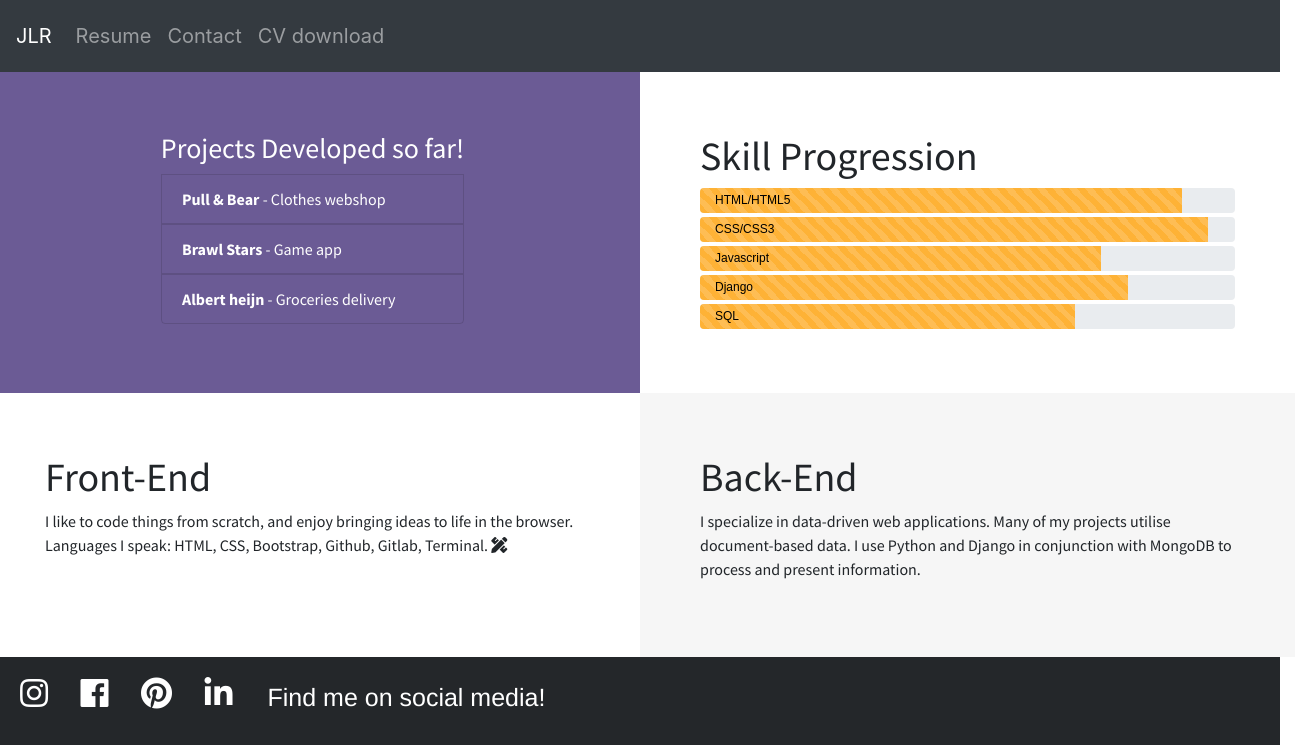
Repository: Kawaiisaki/Portfolio-site
Page: resume.html
The author's editor kept a record of every edit. The page is drawn from the files as they stood at one moment, then again after the next edit.
The browser window is 1280 px wide. The page is 1295 px wide, so the pictures cover 1295 px, including what lies to the right of the window. The pictures show the whole page.
Some web libraries are served in a nearby version.

Above is the page before.

### resume.html
<!DOCTYPE html>
<html lang="en">

<head>
    <meta charset="UTF-8">
    <meta name="viewport" content="width=device-width, initial-scale=1.0">
    <meta http-equiv="X-UA-Compatible" content="ie=edge">
    <link rel="stylesheet" href="https://maxcdn.bootstrapcdn.com/bootstrap/4.2.1/css/bootstrap.min.css" type="text/css" />
    <link rel="stylesheet" href="https://use.fontawesome.com/releases/v5.0.10/css/all.css" integrity="sha384-+d0P83n9kaQMCwj8F4RJB66tzIwOKmrdb46+porD/OvrJ+37WqIM7UoBtwHO6Nlg" crossorigin="anonymous">
    <link rel="stylesheet" href="https://cdnjs.cloudflare.com/ajax/libs/hover.css/2.3.1/css/hover-min.css" type="text/css" />
    <link rel="stylesheet" href="assets/css/style.css" type="text/css" />
    <title>Resume</title>
</head>

<body>
    <header>

        <nav class="navbar sticky-top navbar-expand-lg navbar-dark bg-dark">
            <a class="navbar-brand" href="index.html">JLR</a>
            <button class="navbar-toggler" type="button" data-toggle="collapse" data-target="#navbarSupportedContent" aria-controls="navbarSupportedContent" aria-expanded="false" aria-label="Toggle navigation">
    <span class="navbar-toggler-icon"></span>
  </button>

            <div class="collapse navbar-collapse" id="navbarSupportedContent">
                <ul class="navbar-nav navbar-brand mr-auto">
                    <li class="nav-item">
                        <a class="nav-link" href="resume.html">Resume</a>
                    </li>
                    <li class="nav-item">
                        <a class="nav-link" href="contact.html">Contact</a>
                    </li>
                    <li class="nav-item">
                        <a class="nav-link" href="#">CV download</a>
                    </li>
                </ul>
            </div>
        </nav>
    </header>
    <section>
        <div class="container-fluid">
            <div class="row">
                <div class="col projects">
                    <h3 class="text-center">Projects Developed so far!</h3>
                    <div class="container project-list">
                        <a class="list-group list-group-flush">
                            <a href="https://www.pullandbear.com/" target="_blank" class="list-group-item project-item"><strong>Pull & Bear</strong> - Clothes webshop</a>
                        <a href="https://play.google.com/store/apps/details?id=com.supercell.brawlstars&gl=NL" target="_blank" class="list-group-item project-item"><strong>Brawl Stars</strong> - Game app</a>
                        <a href="https://www.ah.nl/?gclid=CjwKCAiAqqTuBRBAEiwA7B66hWiQgrnYQJU3PeLNCPiqaegNcN4MoA1vTRGlp7dA6K88ZnaGVRotXBoCbbMQAvD_BwE&gclsrc=aw.ds" target="_blank" class="list-group-item project-item"><strong>Albert heijn</strong> - Groceries delivery</a>
                        </ul>
                    </div>
                </div>
                <div class="col bar-skills">
                    <h1 class="skill-progression">Skill Progression</h1>
                    <div class="progress">
                        <div class="progress-bar progress-bar-striped" role="progressbar" style="width: 90%" aria-valuenow="90" aria-valuemin="0" aria-valuemax="100"></div>
                        <span class="progres-skill">HTML/HTML5</span>
                    </div>
                    <div class="progress">
                        <div class="progress-bar progress-bar-striped" role="progressbar" style="width: 95%" aria-valuenow="95" aria-valuemin="0" aria-valuemax="100"></div>
                        <span class="progres-skill">CSS/CSS3</span>
                    </div>
                    <div class="progress">
                        <div class="progress-bar progress-bar-striped" role="progressbar" style="width: 75%" aria-valuenow="75" aria-valuemin="0" aria-valuemax="100"></div>

                        <span class="progres-skill">Javascript</span></div>
                    <div class="progress">
                        <div class="progress-bar progress-bar-striped" role="progressbar" style="width: 80%" aria-valuenow="80" aria-valuemin="0" aria-valuemax="100"></div>
                        <span class="progres-skill">Django</span>
                    </div>
                    <div class="progress">
                        <div class="progress-bar progress-bar-striped" role="progressbar" style="width: 70%" aria-valuenow="70" aria-valuemin="0" aria-valuemax="100"></div>
                        <span class="progres-skill">SQL</span>
                    </div>
                </div>
            </div>
        </div>
    </section>
    <section>
        <div class="container-fluid">
            <div class="row">
                <div class="col front-end">
                    <h1>Front-End</h1>
                    <p>I like to code things from scratch, and enjoy bringing ideas to life in the browser. Languages I speak: HTML, CSS, Bootstrap, Github, Gitlab, Terminal.
                    <i class="fas fa-pencil-ruler"></i></p>

                </div>
                <div class="col back-end">
                    <h1>Back-End</h1>
                    <p>I specialize in data-driven web applications. Many of my projects utilise document-based data. I use Python and Django in conjunction with MongoDB to process and present information.</p>
                </div>
            </div>
    </section>
    <footer>
        <div class="container-fluid social-icons">
            <div class="row no-gutters ">
                <div class="col-md-auto">
                    <ul class="list-inline social-media-icons">
                        <li class="list-inline-item">
                            <a target="_blank" href="https://www.instagram.com/thekawaiisaki/">
                                <i class="fab fa-instagram fa-2x" aria-hidden="true"></i>
                                <span class="sr-only">Instagram</span>
                            </a>
                        </li>
                        <li class="list-inline-item">
                            <a target="_blank" href="https://www.facebook.com/joellojedorosso">
                                <i class="fab fa-facebook fa-2x"  aria-hidden="true"></i>
                                <span class="sr-only">Facebook</span>
                            </a>
                        </li>
                        <li class="list-inline-item">
                            <a target="_blank" href="https://nl.pinterest.com/jlojedorosso/">
                                <i class="fab fa-pinterest fa-2x" aria-hidden="true"></i>
                                <span class="sr-only">Pinterest</span>
                            </a>
                        </li>
                        <li class="list-inline-item">
                            <a target="_blank" href="https://www.linkedin.com/in/joellojedorosso/">
                                <i class="fab fa-linkedin-in fa-2x" aria-hidden="true"></i>
                                <span class="sr-only">Instagram</span>
                            </a>
                        </li>
                    </ul>
                </div>
                <div class="col">
                    <div>
                        <h3 class="social-text">Find me on social media!</h3>
                    </div>
                </div>
            </div>
        </div>
    </footer>
</body>

</html>

### assets/css/style.css
@import url('https://fonts.googleapis.com/css?family=Source+Sans+Pro:100,200,300,400,500,600,700,800,900&display=swap');

.container-fluid {
  padding-left: 0;
  padding-right: 0;
}

/*---------------------------------------Callout*/

.callout-container {
  height: 88vh;

  background: url('../images/joelgrey.jpg') no-repeat center center fixed;
  -webkit-background-size: cover;
  -moz-background-size: cover;
  -o-background-size: cover;
  background-size: cover;

  display: flex;
  align-items: center;
  justify-content: center;

  position: relative;
}

.transparant-overlay {
  position: absolute;
  top: 0;
  left: 0;
  width: 100%;
  height: 100%;
  background-color: rgba(0, 0, 0, 0.4)
}

.jumbotron {
  background-color: transparent;
}

.name {
  font-family: "Source Sans Pro", sans-serif;
  color: white;
  font-weight: 400;
  margin-bottom: 10px;
  text-shadow: 2px 2px rgba(0, 0, 0, 0.5);
}

.lead {
  color: #ffffff;
  margin: 10px;
  text-decoration: overline;
  text-shadow: 2px 2px rgba(0, 0, 0, 0.5);
}

.fa-code {
  color: #fff;
  text-shadow: 2px 2px rgba(0, 0, 0, 0.5);
}

/*---------------------------------------About-Personal-*/

.about-container {
  height: 50vh;

  background: url('../images/laptop.jpg') no-repeat center center fixed;
  -webkit-background-size: cover;
  -moz-background-size: cover;
  -o-background-size: cover;
  background-size: cover;

  display: flex;
  align-items: center;
  justify-content: center;

  position: relative;
}

.subtitle {
  margin-left: 30px;
  font-family: "helvetica", sans-serif;
  font-weight: 200;
}

.key {
  font-family: "Source Sans Pro", sans-serif;
  padding-left: 30px;
  display: inline-block;
  font-size: 20px;
  width: 33%;
  vertical-align: top;
}

.value {
  display: inline-block;
  font-size: 15px;
  width: 33%;
}

.personal-info {
  padding: 20px;
  background-color: #feb236;
  display: block;
  clear: both;
}


.introduction {
  padding: 20px;
  background-color: #fff;
}

.introduction p {
  margin-left: 30px;
}

.about-me {
  font-family: "Source Sans Pro", sans-serif;
  margin-left: 30px;
}

.fa-user,
.fa-address-card {
  padding-left: 20px;
}

.fa-user {
  color: #feb236;
}

.introduction a {
  margin-left: 30px;
}

/*---------------------------------------Footer*/

.social-text {
  color: #fff;
  font-family: "Helvetica", sans-serif;
  font-weight: 400;
  font-size: 25px;
  padding-top: 15px;
  padding-left: 25px;
}

footer {
  background-color: #24272a;
  min-height: 50px;
  padding: 10px;
}

.social-media-icons li i {
  color: #fff;
  margin: 10px;
}

/*---------------------------------------Additional*/

.uppercase {
  text-transform: uppercase;
}

/*---------------------------------------About page*/

.fa-file-code,
.fa-cogs,
.fa-tasks {
  padding-left: 20px;
}

.white-text {
  color: #fff;
}

/*---------------------------------------About bg colors*/

.what-bg-color {
  background-color: #6b5b95;
}

.how-bg-color {
  background-color: #fff;
}

.why-bg-color {
  background-color: #feb236;
}

/*---------------------------------------Resume page*/

.projects {
  background-color: #6b5b95;
  color: #fff;
  font-family: "Source Sans Pro", sans-serif;
  max-width: 50%;
  padding: 60px;
}

.list-group-item {
  background-color: transparent;
}

.project-item {
  color: #fff;
  text-decoration: none;
  max-width: 60%;
  margin: auto;
}

.project-item:hover {
  text-decoration: none;
  color: #feb236;
}

.front-end,
.back-end {
  font-family: "Source Sans Pro", sans-serif;
  padding: 60px;
}

.back-end {
  background-color: #f6f6f6;
}

.fa-laptop {
  padding-left: 20px;
}

/*---------------------------------------Progress bars*/

.skill-progression {
  font-family: "Source Sans Pro", sans-serif;
}

.progress {
  position: relative;
  margin-bottom: 4px;
  height: 25px;
}

.progres-skill {
  font-family: "Sans Source Pro", sans-serif;
  position: absolute;
  left: 5px;
  font-weight: 400;
  padding: 3px 30px 2px 10px;
  color: #000;
}

.bar-skills {
  margin: auto;
  max-width: 80%;
  padding: 60px;
}

.progress-bar-striped {
  background-color: #feb236;
}

/*---------------------------------------contact page*/

.contact-heading {
  margin: 50px;
}

.contact-title,
.contact-me {
  font-family: "Source Sans Pro", sans-serif;
}

.contact-title {
  font-weight: 200;
}

.btn-primary {
  background-color: #feb236;
  color: #000;
}

button {
  margin: 20px;
}

.form-placement {
  padding-top: 20px;
  max-width: 40%;
  margin: auto;
}

After the next edit:
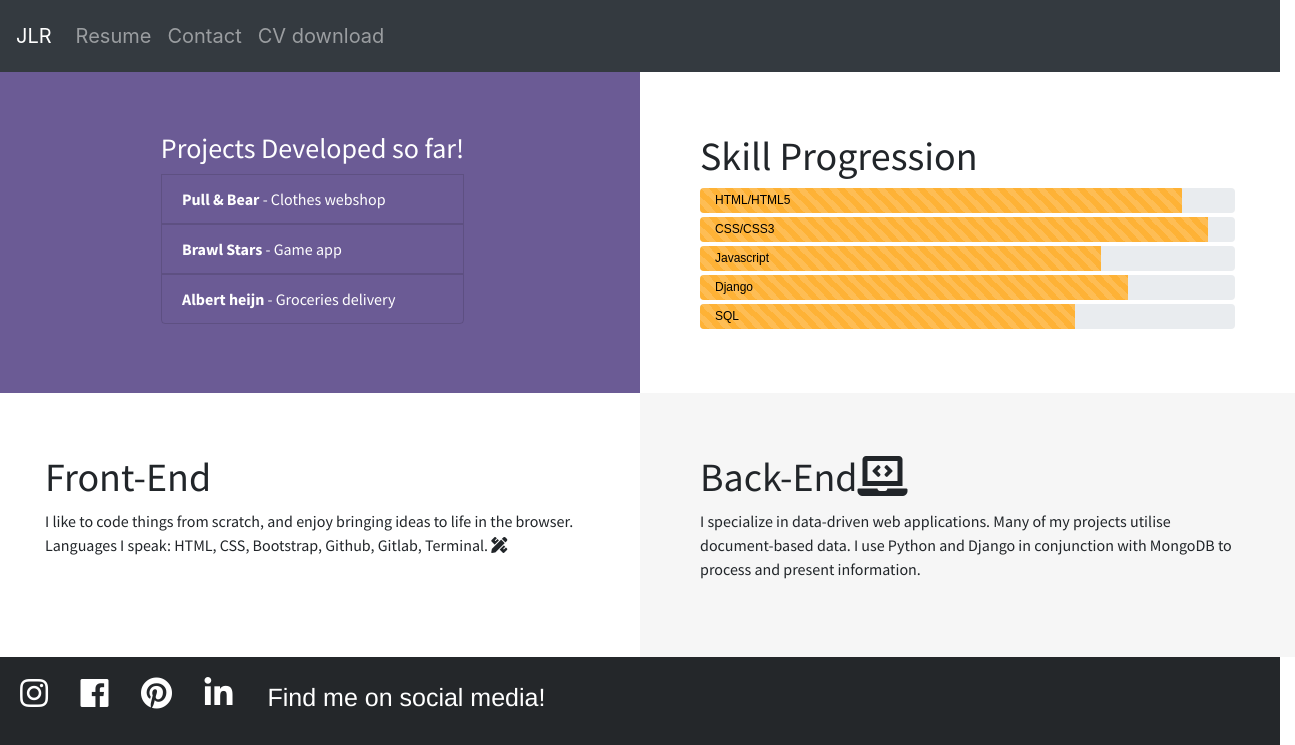
The edit:
--- a/resume.html
+++ b/resume.html
@@ -85,7 +85,7 @@
 
                 </div>
                 <div class="col back-end">
-                    <h1>Back-End</h1>
+                    <h1>Back-End<i class="fas fa-laptop-code"></i></h1>
                     <p>I specialize in data-driven web applications. Many of my projects utilise document-based data. I use Python and Django in conjunction with MongoDB to process and present information.</p>
                 </div>
             </div>
